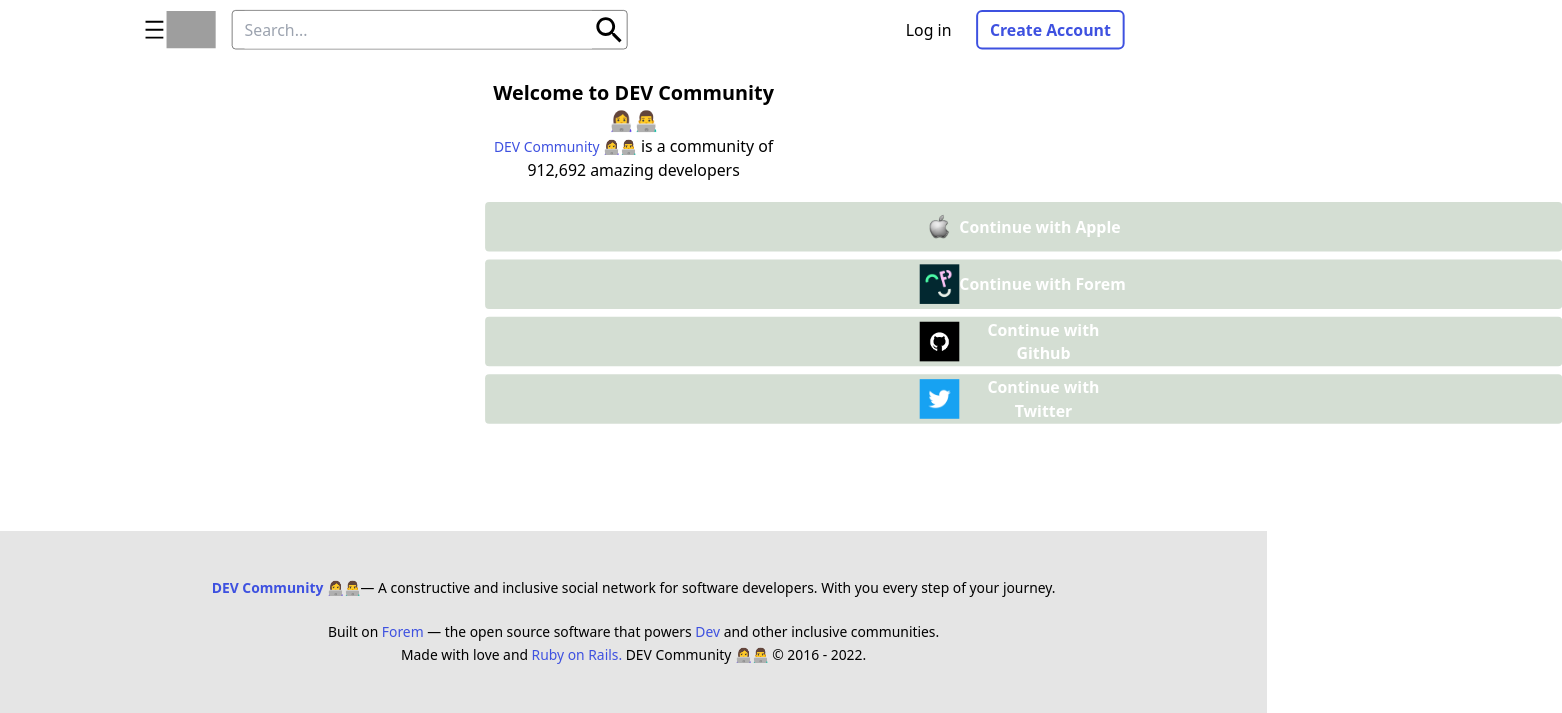
Repository: dat-nguyen-2001/dev.to-stopped-
Page: /enter (app in client/)
These files come from the project's save history. The page is drawn as it stood at one moment and after the next save; the edit follows.
The browser window is 1280 px wide. The page is 1578 px wide, then 1378 px, so the pictures cover 1578 px, including what lies to the right of the window. The pictures show the whole page, at 99% of full size.
Pictures or frames that could not be fetched are drawn as grey boxes. The project was rebuilt for these pictures with package versions that can differ from the ones it lists, and the page was loaded fresh each time. The framework's server and built-in components were replaced by stand-ins that run in the browser. Also part of the build but not shown: client/next.config.js.

Above is the page before, as saved 2022-09-19 11:35:01.

### client/pages/_app.tsx
import React from 'react'
import { AppProps } from 'next/app'


import '../styles/index.css'

function MyApp({ Component, pageProps }: AppProps) {
  return <Component {...pageProps} />
}

export default MyApp

### client/pages/enter.tsx
import Layout from "../components/Layout"
import RegisterForm from "../components/RegisterForm"
import Link from "next/link"

const Register = () => {
    return (
        <Layout title="Welcome-DEV Community 👩‍💻👨‍💻">
            <div className="text-center mx-auto max-w-[300px] w-[85vw]">
                <h1 className="font-bold text-xl">Welcome to DEV Community 👩‍💻👨‍💻</h1>
                <p><span className="text-[#3e51e0] hover:underline text-sm">
                    <Link href={'/'}>
                        DEV Community 👩‍💻👨‍💻
                    </Link>
                </span> is a community of 912,692 amazing developers</p>
                <div className="flex flex-col space-y-2 mt-[20px]">
                    <RegisterForm bg="#d4ded3" platform="Apple" logo="apple-logo.jpg" />
                    <RegisterForm bg="#022830" platform="Forem" logo="forem_logo.png" />
                    <RegisterForm bg="#000000" platform="Github" logo="github_logo.png" />
                    <RegisterForm bg="#1da1f2" platform="Twitter" logo="twitter_logo.png" />
                </div>
            </div>
        </Layout>
    )
}

export default Register

### client/styles/index.css
@tailwind base;
@tailwind components;
@tailwind utilities;

.nav-wrapper {
    justify-content: space-between;
}

### client/components/Layout.tsx
import React, { ReactNode } from 'react'
import Head from 'next/head'
import Footer from './Footer'
import NavBar from './nav/NavBar'

interface Props {
  children?: ReactNode
  title?: string
}

const Layout = ({ children, title = 'This is the default title' }: Props) => (
  <div>
    <Head>
      <title>{title}</title>
      <meta charSet="utf-8" />
      <meta name="viewport" content="initial-scale=1.0, width=device-width" />
      <link rel="icon" href="dev.to.png" />
    </Head>
    <NavBar />
    <div className='mt-20'>
      {children}
    </div>
    <Footer />
  </div>
)

export default Layout

### client/components/RegisterForm.tsx

interface Props {
    bg: string,
    platform: string,
    logo: string
}

const RegisterForm = ({ bg, platform, logo }: Props) => {
    return (
        <div className={`w-[85vw] h-[50px] bg-[#d4ded3] text-white font-bold rounded mx-auto flex items-center`}>
            <div className={`w-[210px] flex items-center mx-auto text-center`}>
                <img src={logo} width={40} height={40} />
                Continue with {platform}
            </div>
        </div>
    )
}

export default RegisterForm

### client/components/Footer.tsx
import Link from "next/link"



const Footer = () => {

    return (
        <div className="fixed bottom-0 w-screen bg-[#e5e5e5] text-sm">
            <div className="max-w-[1024px] m-auto text-center my-12 flex flex-col space-y-1">
                <p className="mb-5">
                    <span className="text-[#3e51e0] font-bold hover:underline">
                        <Link href={'/'}>
                            DEV Community 👩‍💻👨‍💻
                        </Link>
                    </span>
                    — A constructive and inclusive social network for software developers. With you every step of your journey.
                </p>
                <p>
                    Built on
                    <span> </span>
                    <span className="text-[#3e51e0] hover:underline">
                        <Link href={'https://forem.com/'}>
                            <a target="_blank" rel="noopener noreferrer">
                                Forem
                            </a>
                        </Link>
                    </span> — the open source software that powers
                    <span> </span>
                    <span className="text-[#3e51e0] hover:underline">
                        <Link href={'/'}>
                            Dev
                        </Link>
                    </span> and other inclusive communities.
                </p>
                <p>
                    Made with love and
                    <span> </span>
                    <span className="text-[#3e51e0] hover:underline">
                        <Link href={'https://rubyonrails.org/'}>
                            <a target="_blank" rel="noopener noreferrer">
                                Ruby on Rails.
                            </a>
                        </Link>
                    </span> DEV Community 👩‍💻👨‍💻 © 2016 - 2022.
                </p>
            </div>
        </div>)
}

export default Footer

### client/components/nav/NavBar.tsx
import GuestNav from "./GuestNav";
import DensityMediumIcon from '@mui/icons-material/DensityMedium'; import Link from "next/link";
import SearchIcon from '@mui/icons-material/Search';

const NavBar = () => {
    return (
        <div className="flex nav-wrapper w-screen h-[60px] px-2 lg:px-36 bg-white fixed top-0">
            <div className="flex items-center space-x-3 h-[70%] w-full my-auto md:space-x-reverse md:space-x-4">
                <DensityMediumIcon className="my-auto cursor-pointer md:hidden" />
                <Link href={'/'} >
                    <img src="https://dev-to-uploads.s3.amazonaws.com/uploads/logos/resized_logo_UQww2soKuUsjaOGNB38o.png" width={50} className="cursor-pointer" />
                </Link>
                <div className="hidden w-[400px] md:flex items-center text-center h-[40px] border-[1.5px] border-black/50 rounded">
                    <input
                        placeholder="Search..."
                        className=" w-[90%] h-[100%] outline-none ml-3" />
                    <SearchIcon fontSize='large' />
                </div>
            </div>
            <div className="flex items-center">
                <GuestNav />
            </div>
        </div>
    )
}

export default NavBar

### client/components/nav/GuestNav.tsx
import SearchIcon from '@mui/icons-material/Search';
import Link from 'next/link';

const GuestNav = () => {
    return (
        <div className='flex space-x-2'>
            <div className='w-10 h-10 bg-[#e5e5e5] rounded-lg cursor-pointer md:hidden'>
                <SearchIcon fontSize='large' className='my-auto pt-2 pl-2' />
            </div>
            <div className="hidden md:inline">
                <Link href={"/enter"}>
                    <button className='w-[80px] h-[40px] px-2 rounded-md text-gray hover:bg-[#3e51e0]/25 hover:text-[#3e51e0]/80 hover:underline'>
                        Log in
                    </button>
                </Link>
            </div>
            <Link href={"/register"}>
                <button className='min-w-[150px] h-[40px] border-solid border-[#3e51e0] border-2 px-2 rounded-md text-[#3e51e0] font-semibold hover:bg-[#3e51e0] hover:text-white hover:underline'>
                    Create Account
                </button>
            </Link>
        </div>
    )
}

export default GuestNav

Loaded but not shown: client/tailwind.config.js (common file)

After the next save:
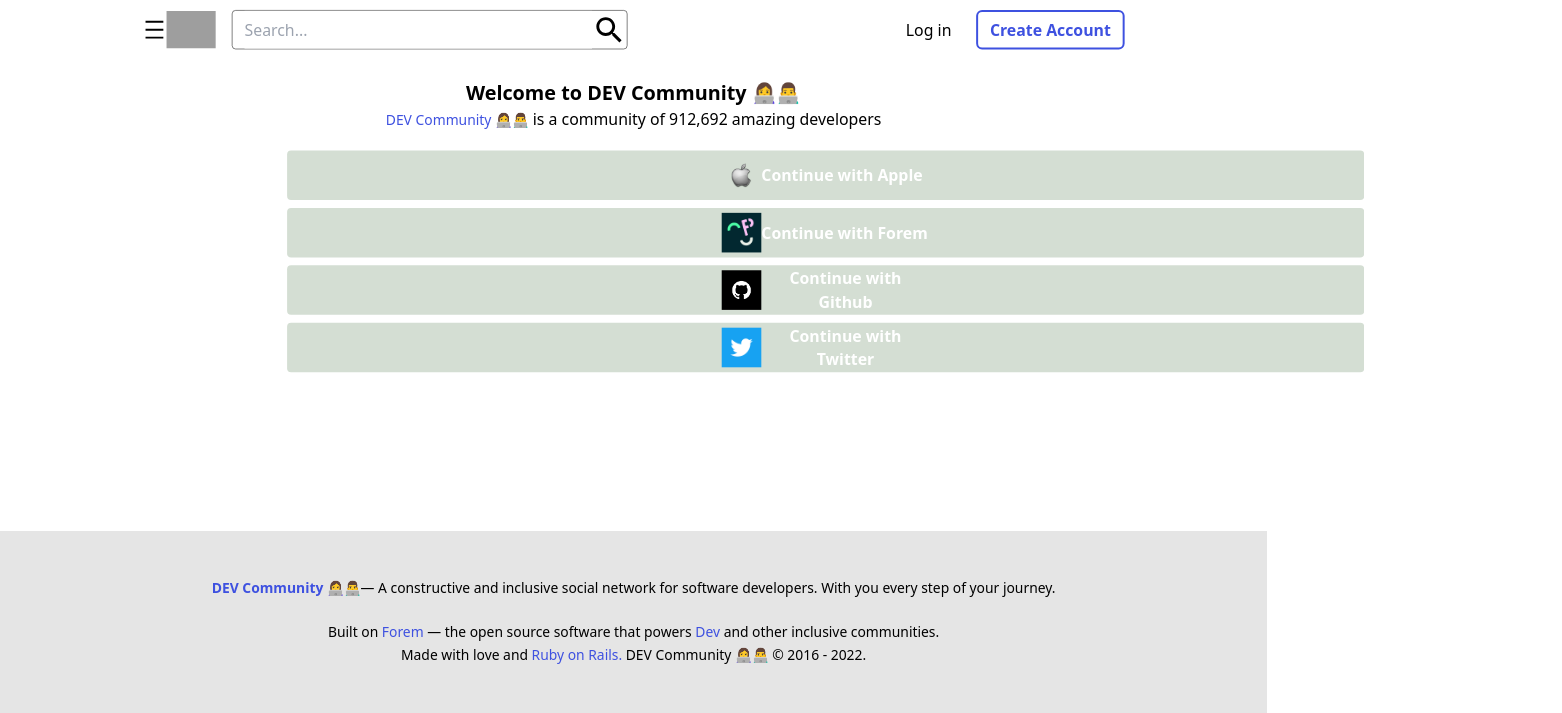
Saved 16 s later.
--- a/client/pages/enter.tsx
+++ b/client/pages/enter.tsx
@@ -5,7 +5,7 @@
 const Register = () => {
     return (
         <Layout title="Welcome-DEV Community 👩‍💻👨‍💻">
-            <div className="text-center mx-auto max-w-[300px] w-[85vw]">
+            <div className="text-center mx-auto max-w-[700px] w-[85vw]">
                 <h1 className="font-bold text-xl">Welcome to DEV Community 👩‍💻👨‍💻</h1>
                 <p><span className="text-[#3e51e0] hover:underline text-sm">
                     <Link href={'/'}>
